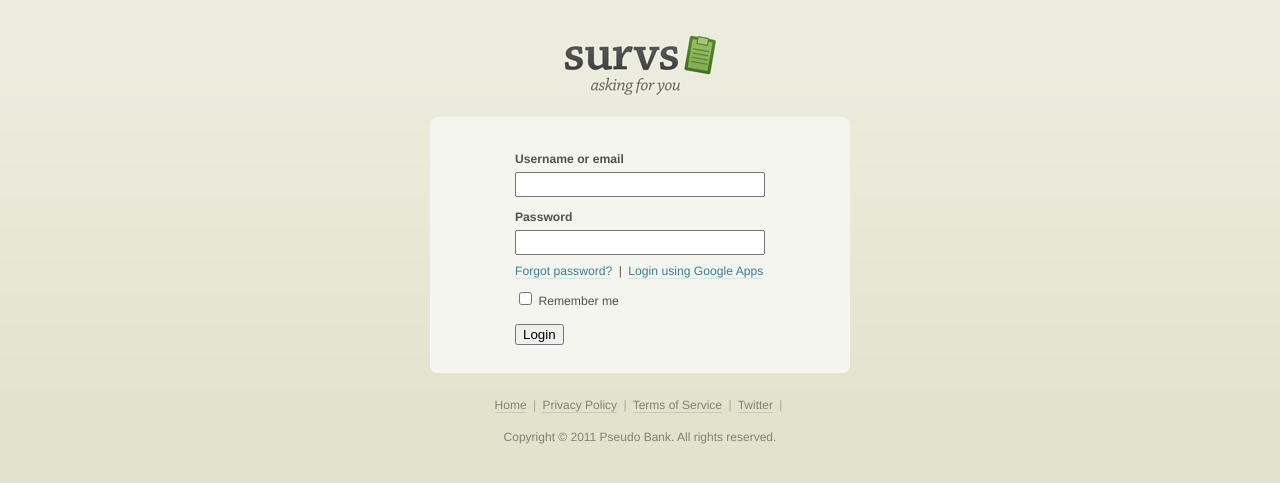
Repository: hareth12/Final-Year-Project
Page: http://localhost/pibChinese/Login/select.jsp
These files come from the project's save history. The page is drawn as it stood at one moment and after the next save; the edit follows.
The browser window is 1280 px wide. The pictures show the whole page.
The page is served by Tomcat 9. Other server files are loaded and not shown.

Above is the page before, as saved 2011-09-22 16:51:35.

### pibChinese/WebContent/Login/select.jsp
<!DOCTYPE html PUBLIC "-//W3C//DTD XHTML 1.0 Strict//EN" "http://www.w3.org/TR/xhtml1/DTD/xhtml1-strict.dtd">
<html xmlns="http://www.w3.org/1999/xhtml">
    <head>
        <meta http-equiv="Content-Type" content="text/html; charset=UTF-8" />
        <title>Pseudo Bank Login</title>
        <link rel="shortcut icon" href="../asset/login/favicon1.ico" />

<link rel="stylesheet" type="text/css" href="/pib/asset/login/home.css"/>
</head>
    <body class="small login">
        <div id="wrapper">
    <div id="header"><h1><a href="/">Survs - Collaborative Online Survey Tool, Web Survey Software</a></h1></div>
    <div class="container">
        <div id="topcorners"><div class="cleft"></div><div class="cright"></div></div>
        <div id="content">






                <form name="f_0_11_1_3_1" method="post" action="/app/wa/signIn">
                    <table class="login" style="margin-left: auto; margin-right: auto;">
                        <tr>
                            <td><p class="mtop0 mbottom025"><strong><label for="email">Username or email</label></strong></p><input id="email" tabindex="1" class="inputtext" type="text" name="email" /></td>
                        </tr>
                        <tr>
                            <td><p class="mtop05 mbottom025"><strong><label for="password">Password</label></strong></p><input tabindex="2" class="inputtext" type="password" name="password" id="password" /></td>
                        </tr>

                        <tr>
                            <td>
                            <p class="mtop025 mbottom0"><a href="/app/wa/Password/forgot">Forgot password?</a>
                                <span style="padding: 0 3px;">|</span> <a href="/app/wa/GoogleApps/signIn">Login using Google Apps</a>
                            </p></td>
                        </tr>
                        <tr>
                            <td><p class="mtop025 mbottom0"><input type="checkbox" name="remember" id="rememberMe" tabindex="3"/> <label for="rememberMe">Remember me</label></p></td>
                        </tr>


                        <tr>
                            <td style="padding-top: 10px;"><input class="bprimarypub80" type="submit" tabindex="4" value="Login" /></td>
                        </tr>
                    </table>
                </form>


        </div>
        <div id="bottomcorners"><div class="cleft"></div><div class="cright"></div></div>
    </div>
</div>
        <div id="footer">
    <p>
        <a href="#">Home</a> <span>|</span>
        <a href="#">Privacy Policy</a> <span>|</span>
        <a href="#">Terms of Service</a> <span>|</span>
        <a href="http://twitter.com/survs">Twitter</a> <span>|</span>

    </p>
    <p>Copyright &copy; 2011 Pseudo Bank. All rights reserved.</p>
</div>

    </body>
</html>

Loaded but not shown: pibChinese/WebContent/asset/login/home.css (1985 lines, source omitted)

After the next save:
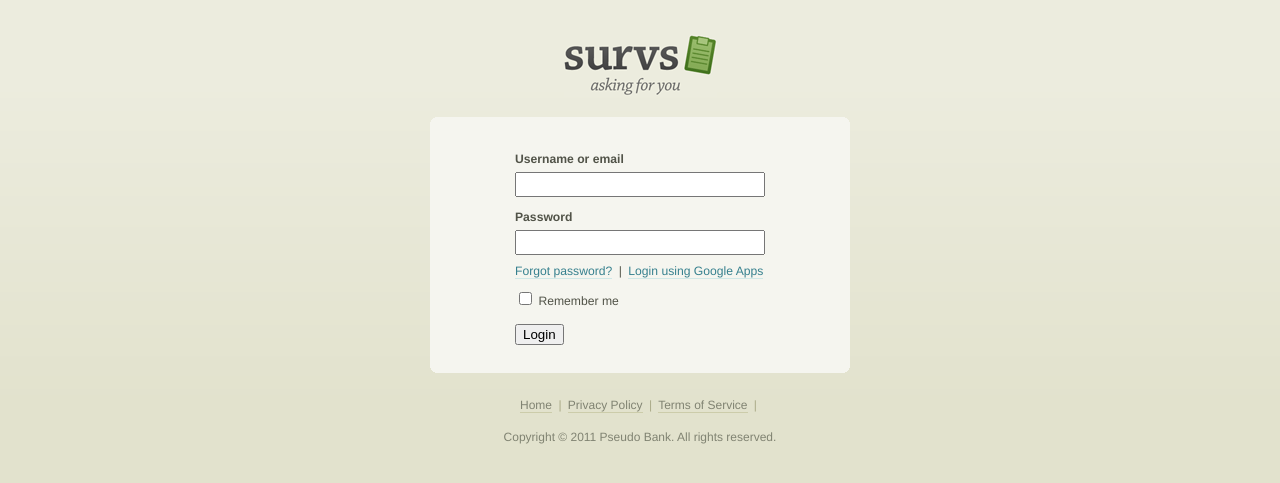
Saved 18 s later.
--- a/pibChinese/WebContent/Login/select.jsp
+++ b/pibChinese/WebContent/Login/select.jsp
@@ -55,7 +55,6 @@
         <a href="#">Home</a> <span>|</span>
         <a href="#">Privacy Policy</a> <span>|</span>
         <a href="#">Terms of Service</a> <span>|</span>
-        <a href="http://twitter.com/survs">Twitter</a> <span>|</span>
 
     </p>
     <p>Copyright &copy; 2011 Pseudo Bank. All rights reserved.</p>
